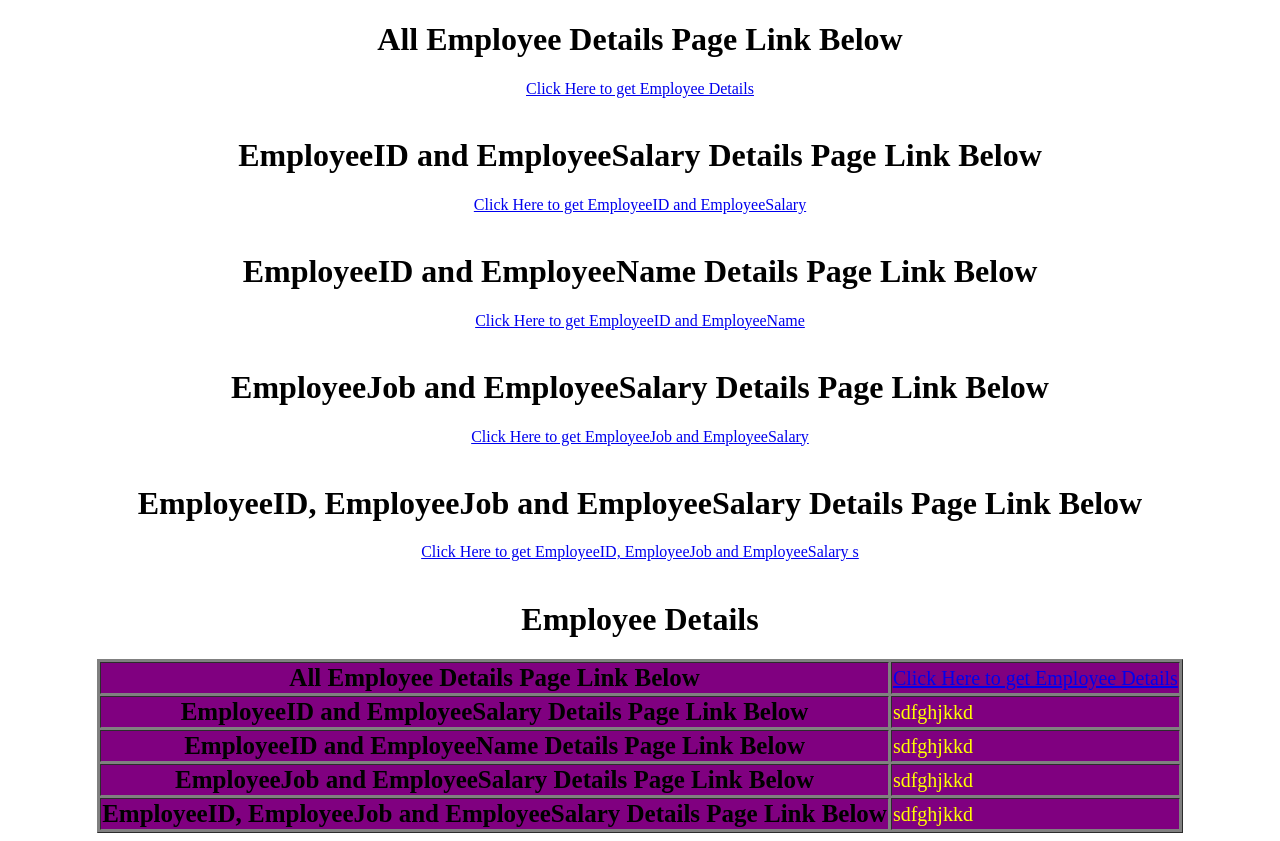
Repository: RhutujaBD/SpringMVCSession
Page: http://localhost/Spring-MVC-JDBCTemplate/WEB-INF/pages/home.jsp
These files come from the project's save history. The page is drawn as it stood at one moment and after the next save; the edit follows.
The browser window is 1280 px wide. The pictures show the whole page.
The page is served by Tomcat 9. Nobody is signed in. Other server files are loaded and not shown. The template is opened directly, without the code that normally fills it, so the values that code supplies are empty.

Above is the page before, as saved 2023-03-29 11:01:25.

### Spring-MVC-JDBCTemplate/src/main/webapp/WEB-INF/pages/home.jsp
<%@ page language="java" contentType="text/html; charset=ISO-8859-1"
	pageEncoding="ISO-8859-1"%>
<!DOCTYPE html>
<html>
<head>
<meta charset="ISO-8859-1">
<title>Insert title here</title>
</head>
<title>Employee Details</title>
<style>
      td{
        font-size: 20px;
        color: YELLOW;
        font-family: Times New Roman;
      }

      th{
        font-size: 25px;
        color: Black;
        font-family: ALGERIAN;
      }

    </style>
</head>
<body>
	<h1 align="center">All Employee Details Page Link Below</h1>
	<div align="center"><a href="list_employees.htm">Click Here to get Employee Details</a></div>
	<br />
	<h1 align="center">EmployeeID and EmployeeSalary Details Page Link Below</h1>
	<div align="center"><a href="list_id_sal.htm">Click Here to get EmployeeID and EmployeeSalary</a></div>
	<br />
	<h1 align="center">EmployeeID and  EmployeeName Details Page Link Below</h1>
	<div align="center"><a href="list_id_name.htm">Click Here to get EmployeeID and  EmployeeName</a></div>
	<br />
	<h1 align="center">EmployeeJob and EmployeeSalary Details Page Link Below</h1>
	<div align="center"><a href="list_job_sal.htm">Click Here to get EmployeeJob and EmployeeSalary</a></div>
	<br />
	<h1 align="center">EmployeeID, EmployeeJob and EmployeeSalary Details Page Link Below</h1>
	<div align="center"><a href="list_id_job_sal.htm">Click Here to get EmployeeID, EmployeeJob and EmployeeSalary s</a></div>
	<br />

	<h1 align="center">Employee Details</h1>
	<table border="1" bgcolor="grey" align="center">

		<tr bgcolor="purple" bordercolor="black">
			<th>All Employee Details Page Link Below</th>
			<td><a href="list_employees.htm">Click Here to get Employee Details</a></td>
		</tr>
		<tr bgcolor="purple" bordercolor="black">
			<th>EmployeeID and EmployeeSalary Details Page Link Below</th>
			<td>sdfghjkkd</td>
		</tr>
		<tr bgcolor="purple" bordercolor="black">
			<th>EmployeeID and  EmployeeName Details Page Link Below</th>
			<td>sdfghjkkd</td>
		</tr>
		<tr bgcolor="purple" bordercolor="black">
			<th>EmployeeJob and EmployeeSalary Details Page Link Below</th>
			<td>sdfghjkkd</td>
		</tr>
		<tr bgcolor="purple" bordercolor="black">
			<th>EmployeeID, EmployeeJob and EmployeeSalary Details Page Link Below</th>
			<td>sdfghjkkd</td>
		</tr>
	</table>

</body>
</html>

After the next save:
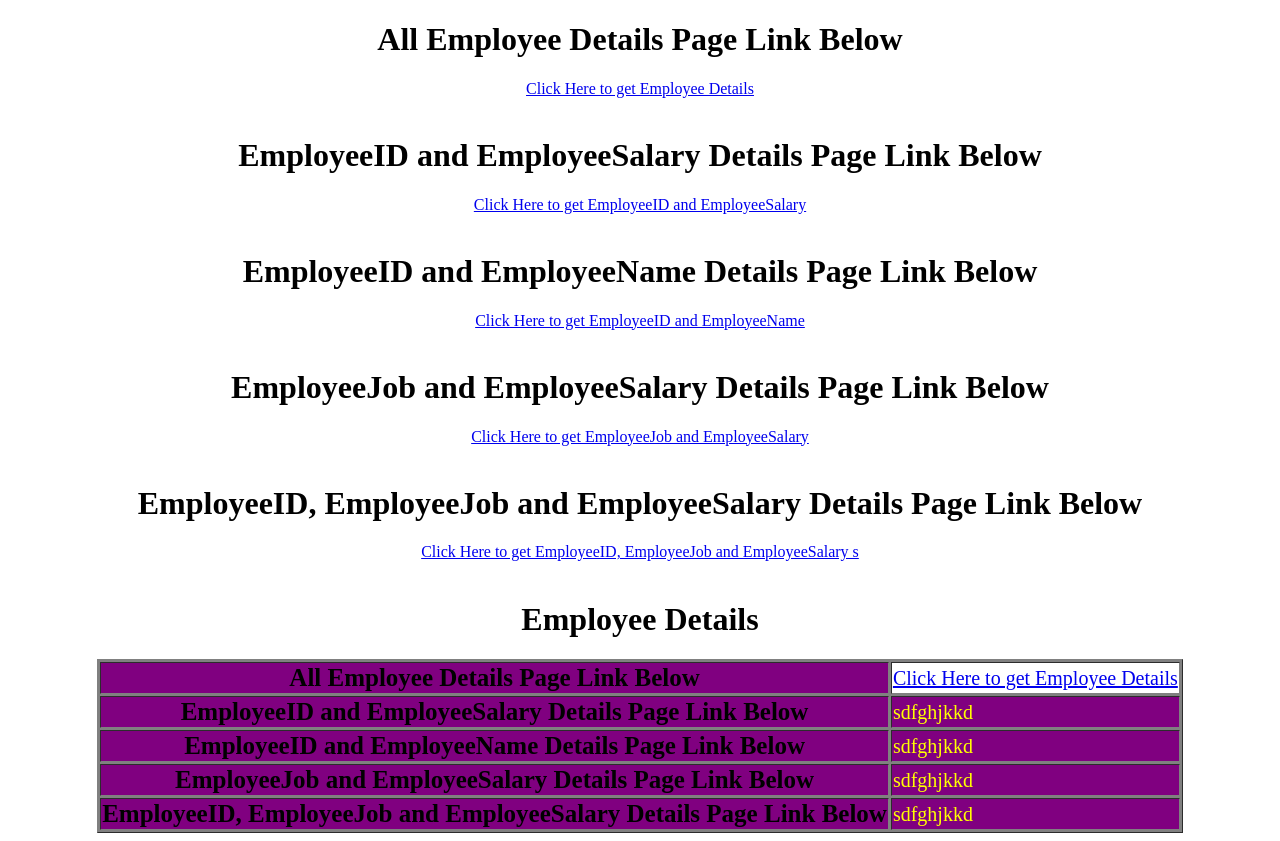
Saved 26 s later.
--- a/Spring-MVC-JDBCTemplate/src/main/webapp/WEB-INF/pages/home.jsp
+++ b/Spring-MVC-JDBCTemplate/src/main/webapp/WEB-INF/pages/home.jsp
@@ -44,7 +44,7 @@
 
 		<tr bgcolor="purple" bordercolor="black">
 			<th>All Employee Details Page Link Below</th>
-			<td><a href="list_employees.htm">Click Here to get Employee Details</a></td>
+			<td bgcolor="white"><a href="list_employees.htm">Click Here to get Employee Details</a></td>
 		</tr>
 		<tr bgcolor="purple" bordercolor="black">
 			<th>EmployeeID and EmployeeSalary Details Page Link Below</th>
